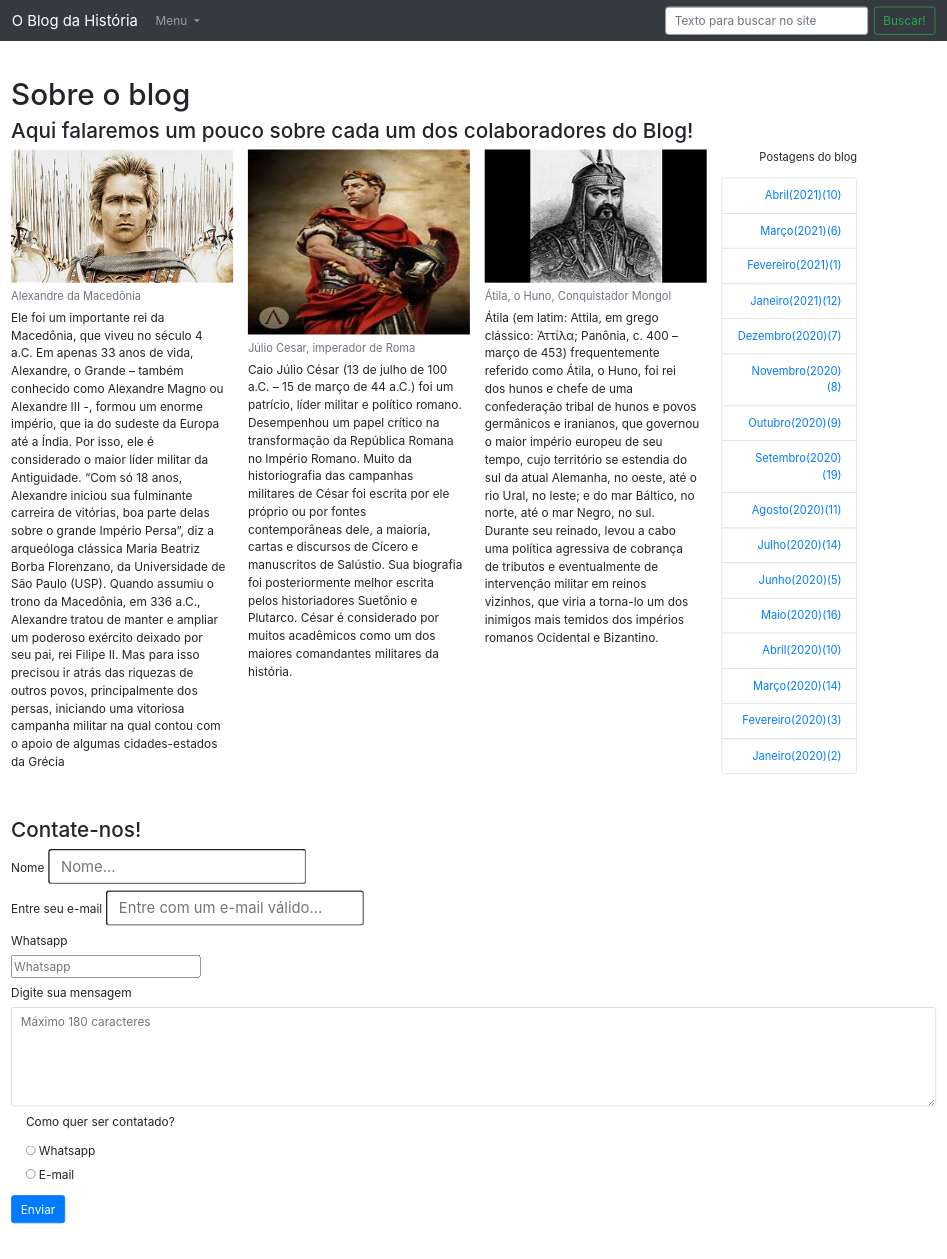
Repository: xhenrique/blog_layout_bootstrap
Page: source/sobre.html
An editor plug-in stored every save of this project. The page is shown before and after the next save, followed by the edit.
The browser window is 1280 px wide. The pictures show the whole page, at 74% of full size.

Above is the page before, as saved 2021-04-25 17:01:01.

After the next save:
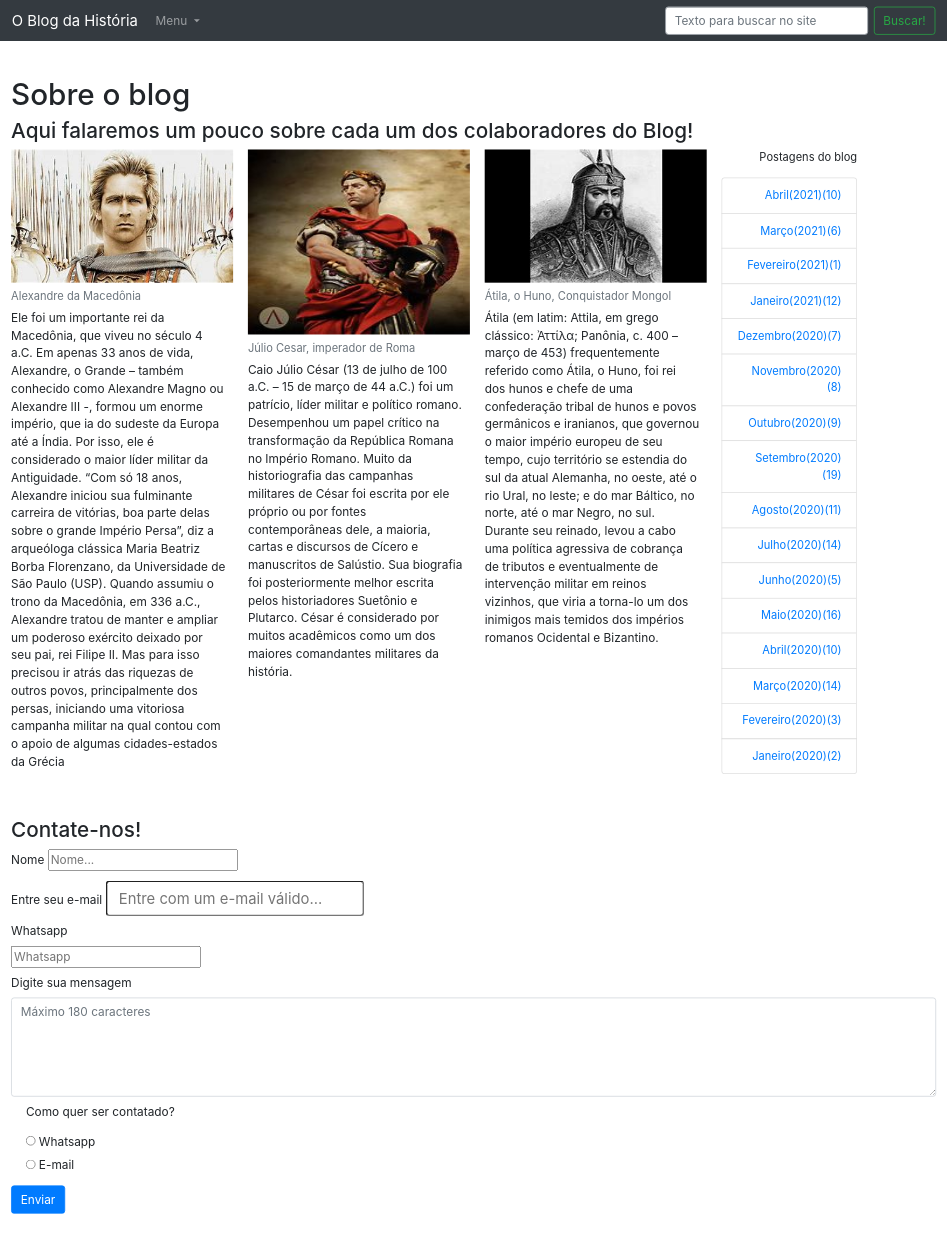
Saved 20 s later.
--- a/source/sobre.html
+++ b/source/sobre.html
@@ -106,7 +106,7 @@
                 </h3>
                 <div class="mb-2">
                     <label for="nameInput" class="form-label">Nome</label>
-                    <input type="text" placeholder="Nome..." class="form-control-lg" id="nameInput"  required>
+                    <input type="text" placeholder="Nome..." class="form-control-md" id="nameInput"  required>
                 </div>
                 <div class="mb-2">
                     <label for="inputEmail" class="form-label">Entre seu e-mail</label>
